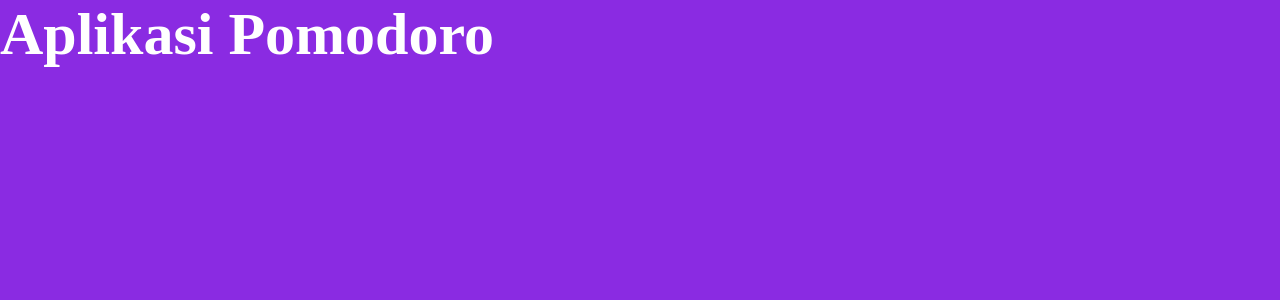
Repository: sellayspy/aplikasiPomodoro
Page: /
An editor plug-in stored every save of this project. The page is shown before and after the next save, followed by the edit.
The browser window is 1280 px wide. The pictures show the whole page.
The project was rebuilt for these pictures with package versions that can differ from the ones it lists, and the page was loaded fresh each time. Also part of the build but not shown: vite.config.js.

Above is the page before, as saved 2024-11-25 13:01:16.

### index.html
<!DOCTYPE html>
<html lang="en">
  <head>
    <meta charset="UTF-8" />
    <link rel="icon" type="image/svg+xml" href="/vite.svg" />
    <meta name="viewport" content="width=device-width, initial-scale=1.0" />
    <title>Aplikasi Pomodoro</title>
  </head>
  <body>
    <div id="root"></div>
    <script type="module" src="/src/main.jsx"></script>
  </body>
</html>

### src/main.jsx
import { StrictMode } from "react";
import { createRoot } from "react-dom/client";
import { createGlobalStyle } from "styled-components";
import App from "./App.jsx";

const GlobalStyle = createGlobalStyle`

*{
  margin: 0;
  padding: 0;
  box-sizing: border-box;
}

  html,body{
    background-color: blueviolet;
    font-size: 62.5%;
  }

  body{
    font-size: 1.6rem;
    color: white;
  }

`;

createRoot(document.getElementById("root")).render(
  <StrictMode>
    <GlobalStyle />
    <App />
  </StrictMode>
);

### src/App.jsx
import styled from "styled-components";

function App() {
  return (
    <>
      <Title>Aplikasi Pomodoro</Title>
    </>
  );
}

export default App;

const Title = styled.h1`
  font-size: 6rem;
`;

After the next save:
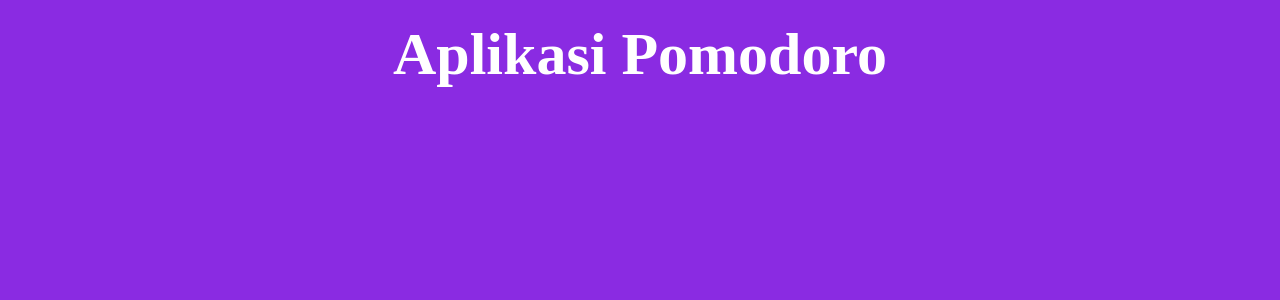
Saved 24 s later.
--- a/src/App.jsx
+++ b/src/App.jsx
@@ -12,4 +12,6 @@ export default App;
 
 const Title = styled.h1`
   font-size: 6rem;
+  padding: 2rem 0;
+  text-align: center;
 `;
